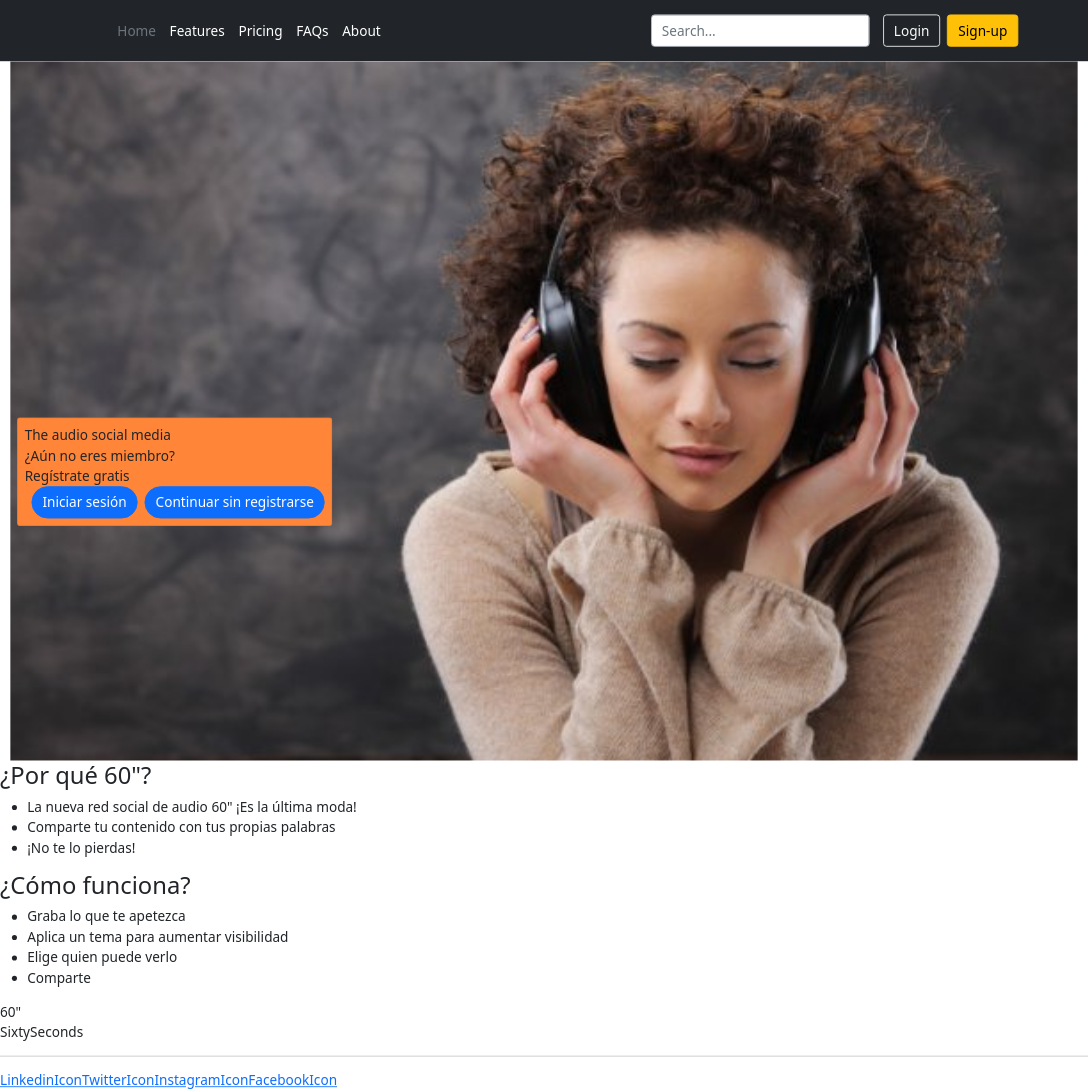
Repository: Zapulin/react-sixtySeconds-front
Page: /
An editor plug-in stored every save of this project. The page is shown before and after a run of saves, followed by the edit.
The browser window is 1280 px wide. The pictures show the whole page, at 85% of full size.
The project was rebuilt for these pictures with package versions that can differ from the ones it lists, and the page was loaded fresh each time. Also part of the build but not shown: src/Components/Login.js, src/Components/Signup.js, src/Components/Publish.js, src/Components/Activity.js, src/Components/Categories.js, src/Components/IconProfile.js, src/Components/Recorder.js, src/Components/Audio.js and 9 more. Imported but missing from the stored project, and not drawn on this page: src/Samples/AUDIOMP3.mp3, src/Samples/AUDIOOGG.ogg.

Above is the page before, as saved 2022-04-13 10:39:25.

After the next 2 saves:
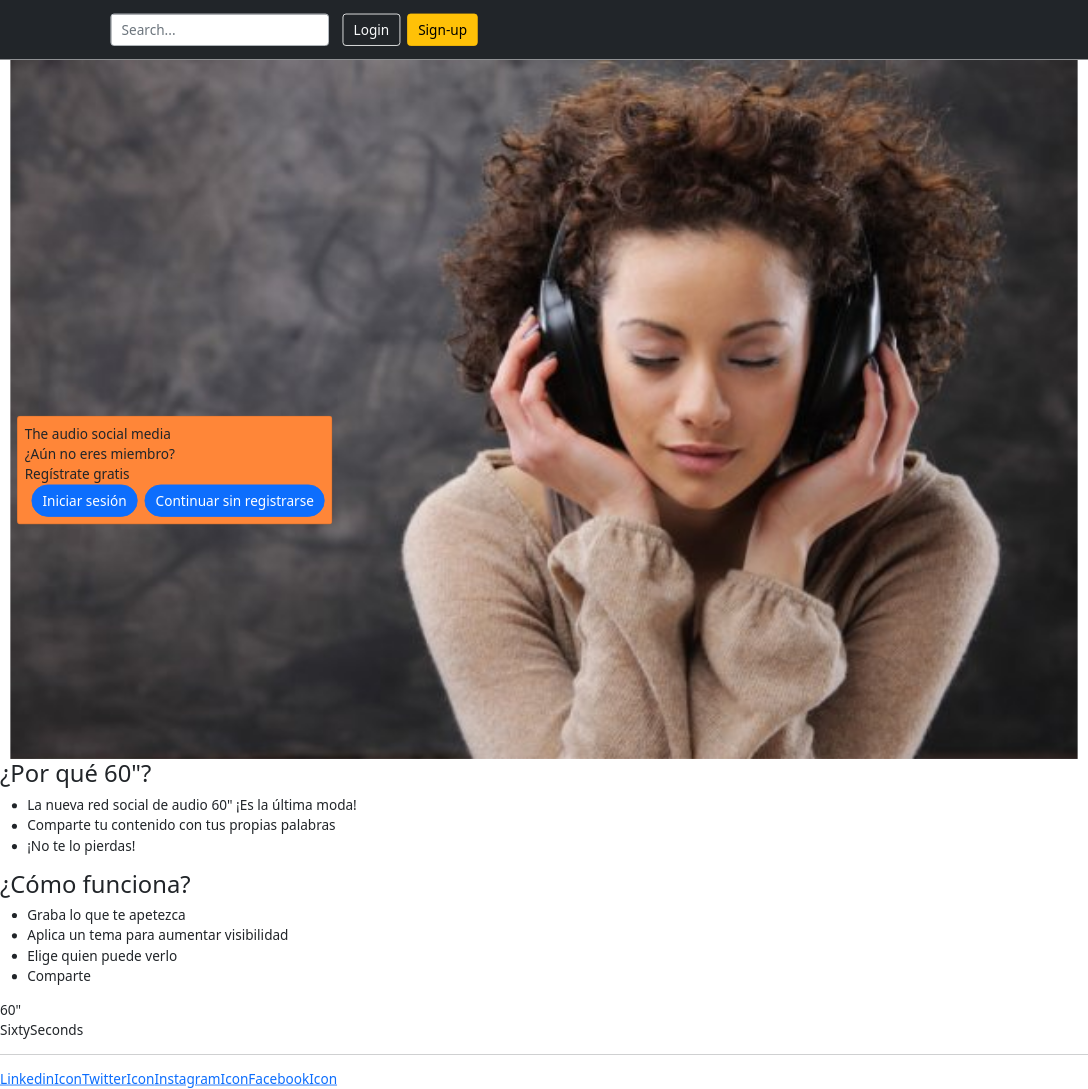
The 2 saves are shown as one change because they came seconds apart.
The last was saved 12 s later.
--- a/src/Components/Navbar.js
+++ b/src/Components/Navbar.js
@@ -19,14 +19,6 @@ function Navbar() {
 		<svg class="bi me-2" width="40" height="32" role="img" aria-label="Bootstrap"><use xlink:href="#bootstrap"/></svg>
 	  </a>
 
-	  <ul class="nav col-12 col-lg-auto me-lg-auto mb-2 justify-content-center mb-md-0">
-		<li><a href="#" class="nav-link px-2 text-secondary">Home</a></li>
-		<li><a href="#" class="nav-link px-2 text-white">Features</a></li>
-		<li><a href="#" class="nav-link px-2 text-white">Pricing</a></li>
-		<li><a href="#" class="nav-link px-2 text-white">FAQs</a></li>
-		<li><a href="#" class="nav-link px-2 text-white">About</a></li>
-	  </ul>
-
 	  <form class="col-12 col-lg-auto mb-3 mb-lg-0 me-lg-3">
 		<input type="search" class="form-control form-control-dark" placeholder="Search..." aria-label="Search"/>
 	  </form>
